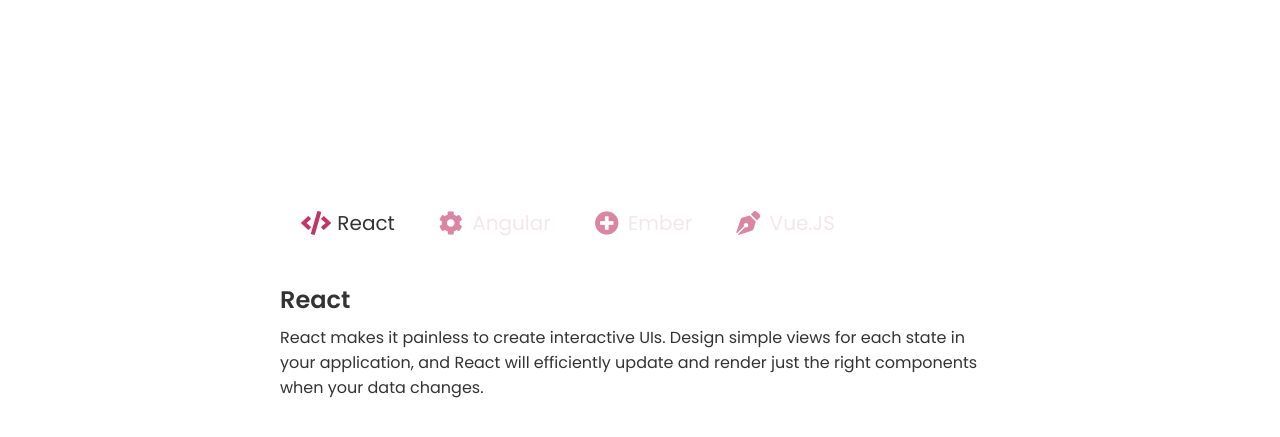
Repository: NguyenMinhTho2207/MT.Shoppe
Page: index-test.html
An editor plug-in stored every save of this project. The page is shown before and after the next save, followed by the edit.
The browser window is 1280 px wide. The pictures show the whole page.

Above is the page before, as saved 2021-11-30 09:14:43.

### index-test.html
<!DOCTYPE html>
<html lang="en">
<head>
  <meta charset="UTF-8">
  <meta http-equiv="X-UA-Compatible" content="IE=edge">
  <meta name="viewport" content="width=device-width, initial-scale=1.0">
  <title>Document</title>
  <link rel="preconnect" href="https://fonts.gstatic.com">
<link rel="stylesheet" href="https://cdnjs.cloudflare.com/ajax/libs/font-awesome/5.15.2/css/all.min.css"
  integrity="sha512-HK5fgLBL+xu6dm/Ii3z4xhlSUyZgTT9tuc/hSrtw6uzJOvgRr2a9jyxxT1ely+B+xFAmJKVSTbpM/CuL7qxO8w=="
  crossorigin="anonymous" />
<link href="https://fonts.googleapis.com/css2?family=Poppins:wght@300;400;500;600&display=swap" rel="stylesheet">
<link rel="stylesheet" href="/styleTest.css">
</head>
<body>
  <div>
    <!-- Tab items -->
    <div class="tabs">
      <div class="tab-item active">
        <i class="tab-icon fas fa-code"></i>
        React
      </div>
      <div class="tab-item">
        <i class="tab-icon fas fa-cog"></i>
        Angular
      </div>
      <div class="tab-item">
        <i class="tab-icon fas fa-plus-circle"></i>
        Ember
      </div>
      <div class="tab-item">
        <i class="tab-icon fas fa-pen-nib"></i>
        Vue.JS
      </div>
      <div class="line"></div>
    </div>

    <!-- Tab content -->
    <div class="tab-content">
      <div class="tab-pane active">
        <h2>React</h2>
        <p>React makes it painless to create interactive UIs. Design simple views for each state in your application, and
          React will efficiently update and render just the right components when your data changes.</p>
      </div>
      <div class="tab-pane">
        <h2>Angular</h2>
        <p>Angular is an application design framework and development platform for creating efficient and sophisticated
          single-page apps.</p>
      </div>
      <div class="tab-pane">
        <h2>Ember</h2>
        <p>Ember.js is a productive, battle-tested JavaScript framework for building modern web applications. It includes
          everything you need to build rich UIs that work on any device.</p>
      </div>
      <div class="tab-pane">
        <h2>Vue.js</h2>
        <p>Vue (pronounced /vjuː/, like view) is a progressive framework for building user interfaces. Unlike other
          monolithic frameworks, Vue is designed from the ground up to be incrementally adoptable. </p>
      </div>
    </div>
  </div>
  <script>
    const $ = document.querySelector.bind(document)
    const $$ = document.querySelectorAll.bind(document)
    const tabs = $$('.tab-item');
    const panes = $$('.tab-pane');
    const tab = $('.tab-item.active')
    console.log([tab])
    tabs.forEach((tab, index) => {
      tab.onclick = function () {
        const pane = panes[index];
        $('.tab-item.active').classList.remove('active');
        $('.tab-pane.active').classList.remove('active');
        this.classList.add('active')
        pane.classList.add('active');

      }
    })
  </script>
</body>

### styleTest.css
* {
  padding: 0;
  margin: 0;
  box-sizing: border-box;
}
body {
  display: flex;
  font-family: "Poppins", sans-serif;
}
body > div {
  margin: 15% auto 0;
  max-width: 720px;
}
.tabs {
  display: flex;
  position: relative;
}
.tabs .line {
  position: absolute;
  left: 0;
  bottom: 0;
  width: 0;
  height: 6px;
  border-radius: 15px;
  background-color: #c23564;
  transition: all 0.2s ease;
}
.tab-item {
  min-width: 80px;
  padding: 16px 20px 11px 20px;
  font-size: 20px;
  text-align: center;
  color: #ebd9df;
  background-color: #fff;
  border-top-left-radius: 5px;
  border-top-right-radius: 5px;
  border-bottom: 5px solid transparent;
  opacity: 0.6;
  cursor: pointer;
  transition: all 0.5s ease;
}
.tab-icon {
  font-size: 24px;
  width: 32px;
  position: relative;
  top: 2px;
  color: #c23564;
}
.tab-item:hover {
  opacity: 1;
  background-color: rgba(194, 53, 100, 0.05);
  border-color: rgba(194, 53, 100, 0.1);
}
.tab-item.active {
  opacity: 1;
  color: #333;
}
.tab-content {
  padding: 28px 0;
}
.tab-pane {
  color: #333;
  display: none;
}
.tab-pane.active {
  display: block;
}
.tab-pane h2 {
  font-size: 24px;
  margin-bottom: 8px;
}

After the next save:
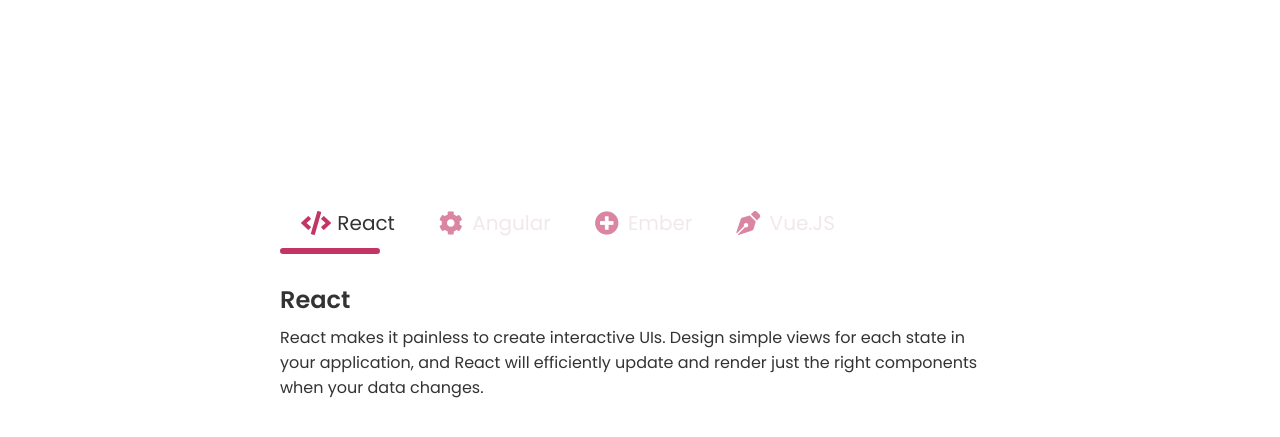
Saved 94 s later.
--- a/styleTest.css
+++ b/styleTest.css
@@ -19,7 +19,7 @@
   position: absolute;
   left: 0;
   bottom: 0;
-  width: 0;
+  width: 100px;
   height: 6px;
   border-radius: 15px;
   background-color: #c23564;
